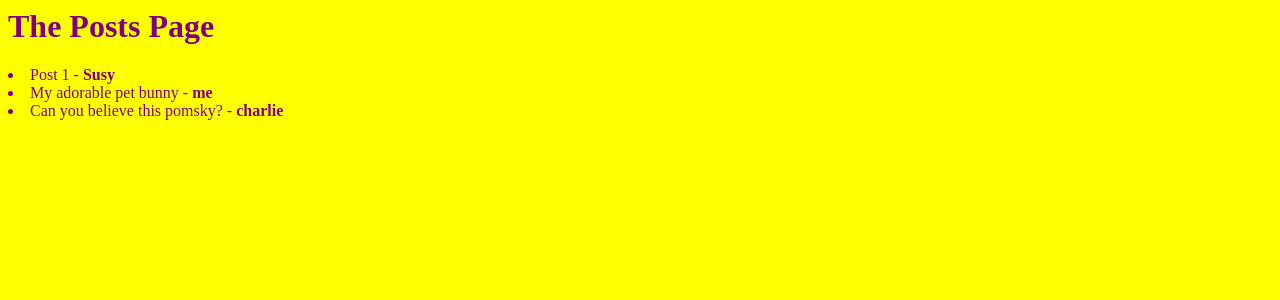
Repository: ZhenyuanBo/Web-Development-Boot-Camp
Page: http://localhost/posts
The author's editor kept a record of every edit. The page is drawn from the files as they stood at one moment, then again after the next edit.
The browser window is 1280 px wide. The pictures show the whole page.
The page is served by the project's Node server (MoreExpress/EJSDemo/EJSDemo.js).

Above is the page before.

After the next edit:
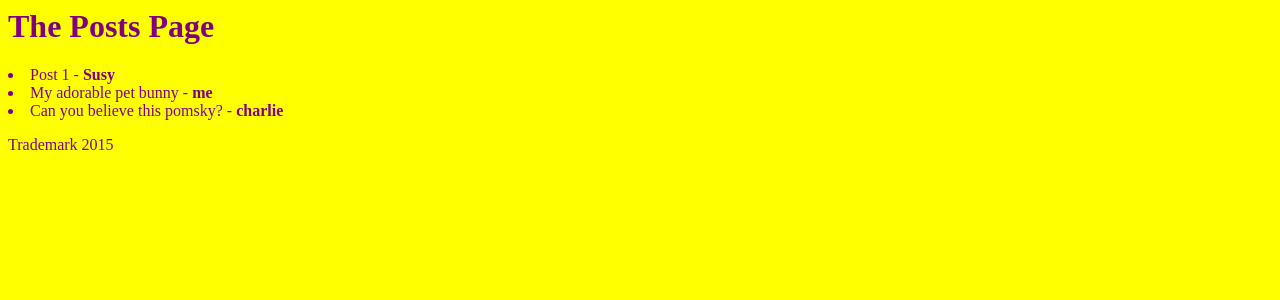
The edit:
--- a/webdevbootcamp_Cloud9/workspace/MoreExpress/EJSDemo/views/posts.ejs
+++ b/webdevbootcamp_Cloud9/workspace/MoreExpress/EJSDemo/views/posts.ejs
@@ -7,3 +7,4 @@
         <%= posts[i].title %> - <strong><%= posts[i].author %></strong>
     </li>
 <% } %>
+<% include partials/footer %>
